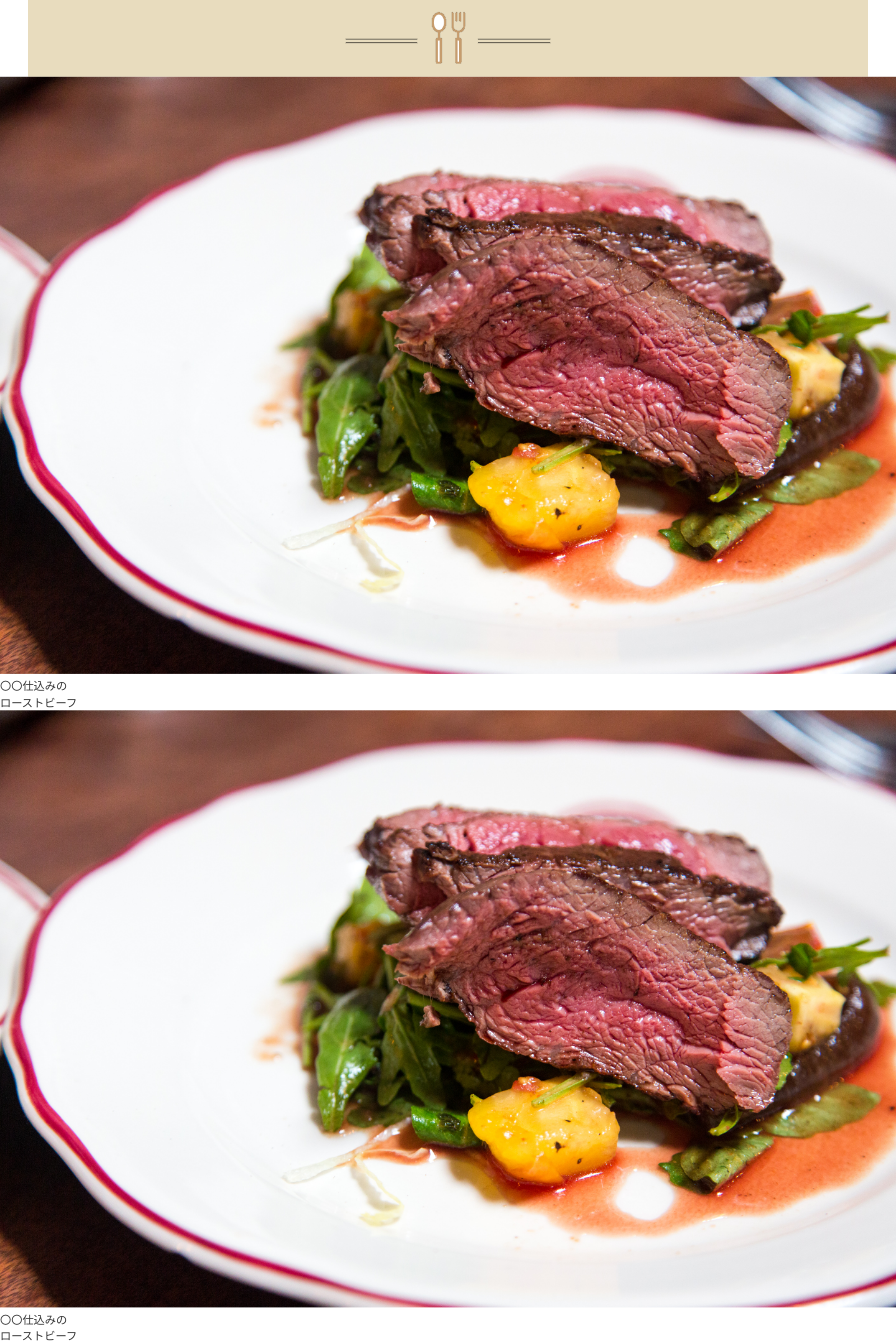
Repository: konatsu-0806/demo-site
Page: FromFigma/index.html
The author's editor kept a copy of each file at every save. The page is drawn from the files as they stood at one save, then again after the next save.
The browser window is 1280 px wide. The pictures show the part of the page from y = 3534 to 5454 px (the page is 5454 px tall before and 4615 px after), at 70% of full size.

Above is the page before, as saved 2023-02-13 16:56:25.

### FromFigma/index.html
<!DOCTYPE html>
<html lang="ja">

<head>
  <meta charset="UTF-8">
  <meta name="viewport" content="width=device-width, initial-scale=1.0">
  <meta http-equiv="X-UA-Compatible" content="ie=edge">
  <link rel="stylesheet" href="css/style.css">
  <title>demosite</title>
</head>

<body>
  <header class="header_bg">
    <div class="header_contents">
      <h1>Restaurant</h1>
      <div class="responsive_btn">
        <div class="menu_line"></div>
        <div class="menu_line"></div>
        <div class="menu_line"></div>
      </div>
      <nav class="header_nav">
        <ul class="header_nav_lists">
          <li><a class="nav_link" href="">HOME</a></li>
          <li><a class="nav_link" href="">LUNCH</a></li>
          <li><a class="nav_link" href="">DINNER</a></li>
          <li><a class="nav_link" href="">ACCESS</a></li>
          <li><a class="nav_link" href="">CONTACT</a></li>
        </ul>
      </nav>
    </div>
  </header>
  <script src="js/master.js"></script>

  <div class="main_visual">
   <img src="img/mgg-vitchakorn-98Xi5vMGKck-unsplash.jpg" alt="">
  </div>

  <div class="intro_bg">
    <div class="intro_contents">
        <div class="intro_img">
            <img src="img/pratik-gupta-gyt0s3wR1YM-unsplash.jpg" alt="">
        </div>
        <div class="intro_sentence">
            <p class="text-center">
              イタリアンレストラン「〇<br />
              〇（店名）」は令和2年3月<br />
              に〇〇（所在）にてオープン<br />
              いたしました。
            </p>
            <p class="text-center">
              当店の自慢はなんといって<br />
              もシェフこだわりの生パスタ<br />
              でございます。<br />
            </p>
            <p class="text-center">
              生パスタは水分が多く含ま<br />
              れており、もちもちとした食<br />
              感が特徴的で、本場イタリア<br />
              でよく食べられているパスタ<br />
              です。
            </p>
            <p class="text-center">
              本場イタリアの生パスタを<br />
              研究し尽くしたシェフ自慢の<br />
              パスタを是非一度ご賞味くだ<br />
              さい。
            </p>
        </div>
    </div>
</div>

<div class="lunch">
  <div class="lunch_contents">
    <div class="lunch_intro">
      <h1>～LUNCH～<br />
        10:00~15:00（日・祝を除く）
      </h1>
      <p class="text-center">当店では平日と土曜日のみランチ<br />
        タイムの営業を行っております。
      </p>
      <p class="text-center">ランチタイムは、当店自慢のもち<br />
        もちの生パスタと、ドリンク・サラ<br />
        ダ・スープ付のセットとドリンク・<br />
        ガーリックトースト・スープ付セッ<br />
        トの2種類がございます。
      </p>
      <p class="text-center">パスタは和風と洋風の２種類をご<br />
        用意しております。
      </p>
    </div>
    <div class="lunch_img">
      <img src="img/fresh-pasta-g68aa8d9f2_1920.jpg" alt="">
    </div>
  </div>
  </div>
  <div class="lunch_menu">
    <h1>LUNCH MENU</h1>
    <div class="cutlery"><img src="img/無題11_20221128200219.png" alt=""></div>
    <div class="menu_set">
      <div class="a_set">
       <h2>Aセット</h2>
        <ul>
          <li>・生パスタ（和風 or 洋風）</li>
          <li>・サラダ</li>
          <li>・スープ</li>
          <li>・ドリンク</li>
        </ul>
        <h3>￥1000</h3>
      </div>
      <div class="b_set">
        <h2>Bセット</h2>
        <ul>
          <li>・生パスタ（和風 or 洋風）</li>
          <li>・ガーリックトースト</li>
          <li>・スープ</li>
          <li>・ドリンク</li>
        </ul>
        <h3>￥1000</h3>
      </div>
    </div>
      <p>※価格はすべて税込みです。<br />
      ※パスタ・サラダ・スープの内容は日によって異なります。ご了承くださいませ。
      </p>
  </div>

  <div class="dinner">
    <div class="dinner_contents">
      <div class="dinner_intro">
        <h1>～DINNER～<br />
          17:00~23:00
        </h1>
        <p>テキストテキストテキストテキスト<br />
          テキストテキストテキストテキスト<br />
          テキストテキストテキストテキスト<br />
          テキストテキストテキストテキスト<br />
          テキスト<br />
        </p>
      </div>
      <div class="dinner_img">
        <img src="img/pizza-gac0f3843a_1280.jpg" alt="">
        <p>〇〇と〇〇のピザ  ￥880</p>
      </div>
    </div>
  </div>
  <div class="dinner_menu">
    <h1>DINNER MENU</h1>
    <div class="cutlery"><img src="img/無題11_20221128200219.png" alt=""></div>
  </div>
  <div class="dish1">
    <img src="img/jason-leung-O67LZfeyYBk-unsplash.jpg" alt="">
    <p>〇〇仕込みの<br />
      ローストビーフ
    </p>
  </div>
  <div class="dish2">
    <img src="img/jason-leung-O67LZfeyYBk-unsplash.jpg" alt="">
    <p>〇〇仕込みの<br />
      ローストビーフ
    </p>
  </div>
</body>

</html>

### FromFigma/css/style.css
/* Reset style */
* {
    margin: 0;
    padding: 0;
    box-sizing: border-box;
    list-style: none;
    text-decoration: none;
    color: #333;
}

/* Normal header style */
.header_bg {
    width: 100%;
    height: 80px;
}

.header_contents {
    width: 100%;
    max-width: 1024px;
    height: 100%;
    margin: 0 auto;
    display: flex;
    justify-content: space-between;
    align-items: center;
}

.header_contents h1 {
    font-size: 22px;
    margin: 0 0 0 40px;
}

.header_nav_lists {
    display: flex;
}

.header_nav_lists li {
    margin: 0 40px 0 0;
}

.nav_link {
    font-size: 18px;
}

/* Responsive menu button */
.responsive_btn {
    display: none;
    flex-direction: column;
    align-items: center;
    justify-content: center;
    width: 32px;
    height: 32px;
    margin: 0 40px 0 0;
    cursor: pointer;
    position: relative;
    z-index: 10;
}

.menu_line {
    background-color: #333;
    border-radius: 5px;
    width: 100%;
    height: 5px;
    margin: 4px 0;
}

/* Reaponsive style */
@media screen and (max-width: 768px) {
    .responsive_btn {
        display: flex;
    }

    .header_bg {
        position: relative;
    }

    .header_nav {
        background-color: white;
        width: 100%;
        height: 100vh;
        padding: 80px 0 0 0;
        position: absolute;
        top: 0;
        right: -100%;
        transition: .5s;
    }

    .header_nav_lists {
        display: block;
        text-align: center;
    }

    .header_nav_lists li {
        margin: 0 0 40px;
        text-align: center;
    }

    .nav_link {
        font-size: 20px;
    }
}

/* js function "menuToggle" starting only */
.menu_active {
    right: 0;
  }

/* 1st pic */
img {
    width: 100%;
}

.main_visual {
    padding: 0 50px;
    margin: auto;
    max-width: 1200px;
}

/* contents */
.intro_bg {
    width: 100%;
    max-width: 1200px;
    margin: auto;
    padding: 120px 50px 30px 70px;
}
.contents img {
    width: 100%;
}
.text-center {
    text-align: center;
}
.intro_contents {
    display: flex;
}
.intro_img {
    width: 55%;
    margin: auto;
    box-shadow: -30px -30px 1px 1px rgba(0, 0, 0, 0.7);
}
.lunch_img {
    position: relative;
    padding:30px;
}
.lunch_img:before,.lunch_img:after{
    content:'';
    width: 300px;
    height: 100px;
    position: absolute;
    display: inline-block;
}
.lunch_img:before{
    border-left: solid 1px rgb(158, 154, 154);
    border-top: solid 1px rgb(158, 154, 154);
    top: 0px;
    left: 0;
}
.lunch_img:after{
    border-right: solid 1px rgb(158, 154, 154);
    border-bottom: solid 1px rgb(158, 154, 154);
    bottom:0;
    right: 0;
}
.lunch_img img {
    margin: 0;
    padding: 0;
}
.intro_sentence {
    width: 45%;
    margin: auto .5rem;
}
@media screen and (max-width: 767px) {
    .intro_contents {
        display: block;
    }
    .intro_contents .intro_img {
        width: 100%;
        margin: 0 auto;
    }
    .intro_contents .intro_sentence {
        width: 100%;
        margin: 0 auto;
    }
}

/* lunch */
.lunch {
    width: 100%;
    max-width: 1200px;
    margin: auto;
    padding: 100px 50px 0px 50px;
    background-color: #e8dcbe;
}
.lunch img {
    width: 100%;
}
.text-center {
    text-align: center;
}
.lunch_contents {
    display: flex;
}
.lunch_intro {
    width: 55%;
    margin: auto;
}
.lunch_img {
    width: 45%;
    margin: auto .5rem;
    padding-top: 20px;
}

.lunch h1 {
    text-align: center;
    font-family: Georgia, serif;
    margin-bottom: 70px;
}

@media screen and (max-width: 767px) {
    .lunch_contents {
        display: block;
    }
    .lunch_contents .lunch_intro {
        width: 100%;
        margin: 0 auto;
    }
    .lunch_contents .lunch_img {
        width: 100%;
        margin: 0 auto;
    }
}
/* lunch menu */
.lunch_menu {
    width: 100%;
    max-width: 1200px;
    margin: auto;
    padding: 150px 50px 0px 50px;
    background-color: #e8dcbe;
}
.lunch_menu h1 {
    text-align: center;
    font-family: Georgia, serif;
}
.lunch_menu img {
    width: 40%;
}
.cutlery {
    text-align: center;
}
.menu_set {
    display: flex;
    justify-content: space-around;
    margin-top: 100px;
}
.a_set {
    background-color: #cbca78;
    padding: 50px 30px ;
}
.a_set h2 {
    font-family: Georgia, serif;
    padding-bottom: 30px;
    text-align: center;
}
.a_set h3 {
    padding-top: 30px;
    text-align: right;
}
.b_set {
    background-color: #cbca78;
    padding: 50px 30px ;
}
.b_set h2 {
    font-family: Georgia, serif;
    padding-bottom: 30px;
    text-align: center;
}
.b_set h3 {
    padding-top: 30px;
    text-align: right;
}
.lunch_menu p {
    padding: 50px 0px 150px 0px;
}
@media screen and (max-width: 767px) {
    .menu_set {
        display: block;
    }
    .a_set {
        margin-bottom: 20px;
    }
    .menu_set li {
        padding-left: 80px;
    }
}
/* dinner */
.dinner {
    width: 100%;
    max-width: 1200px;
    margin: auto;
    padding: 100px 50px 0px 50px;
    background-color: #e8dcbe;
}
.dinner img {
    width: 100%;
}
.dinner p {
    text-align: center;
}
.dinner_contents {
    display: flex;
}
.dinner_intro {
    width: 55%;
    margin: auto;
}
.dinner_img {
    width: 45%;
    margin: auto .5rem;
    padding-top: 20px;
}

.dinner h1 {
    text-align: center;
    font-family: Georgia, serif;
    margin-bottom: 70px;
}
.dinner_img {
    position: relative;
    padding:30px;
}
.dinner_img:before,.dinner_img:after{
    content:'';
    width: 300px;
    height: 100px;
    position: absolute;
    display: inline-block;
}
.dinner_img:before{
    border-left: solid 1px rgb(158, 154, 154);
    border-top: solid 1px rgb(158, 154, 154);
    top: 0px;
    left: 0;
}
.dinner_img:after{
    border-right: solid 1px rgb(158, 154, 154);
    border-bottom: solid 1px rgb(158, 154, 154);
    bottom:0;
    right: 0;
}
.dinner_img img {
    margin: 0;
    padding: 0;
}

@media screen and (max-width: 767px) {
    .dinner_contents {
        display: block;
    }
    .dinner_contents .dinner_intro {
        width: 100%;
        margin: 0 auto;
    }
    .dinner_contents .dinner_img {
        width: 100%;
        margin: 0 auto;
    }
}
/* dinner menu */
.dinner_menu {
    width: 100%;
    max-width: 1200px;
    margin: auto;
    padding: 150px 50px 0px 50px;
    background-color: #e8dcbe;
}
.dinner_menu h1 {
    text-align: center;
    font-family: Georgia, serif;
}
.dinner_menu img {
    width: 40%;
}
.cutlery {
    text-align: center;
}

### FromFigma/js/master.js
const responsive_menu_btn = document.querySelector('.responsive_btn');
responsive_menu_btn.addEventListener('click', menuToggle);

function menuToggle() {
  const header_menu_detail = document.querySelector('.header_nav');
  header_menu_detail.classList.toggle('menu_active');
}

After the next save:
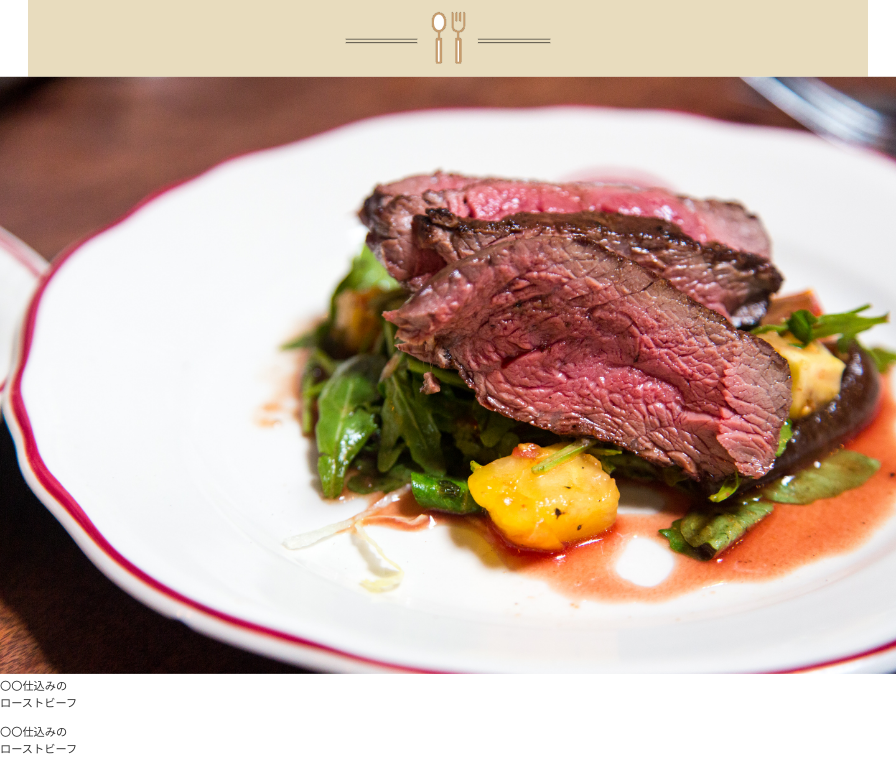
Not found: FromFigma/img/jason-leung-O6k-unsplash.jpg
Saved 5 s later.
--- a/FromFigma/index.html
+++ b/FromFigma/index.html
@@ -153,7 +153,7 @@
     </p>
   </div>
   <div class="dish2">
-    <img src="img/jason-leung-O67LZfeyYBk-unsplash.jpg" alt="">
+    <img src="img/jason-leung-O6k-unsplash.jpg" alt="">
     <p>〇〇仕込みの<br />
       ローストビーフ
     </p>
